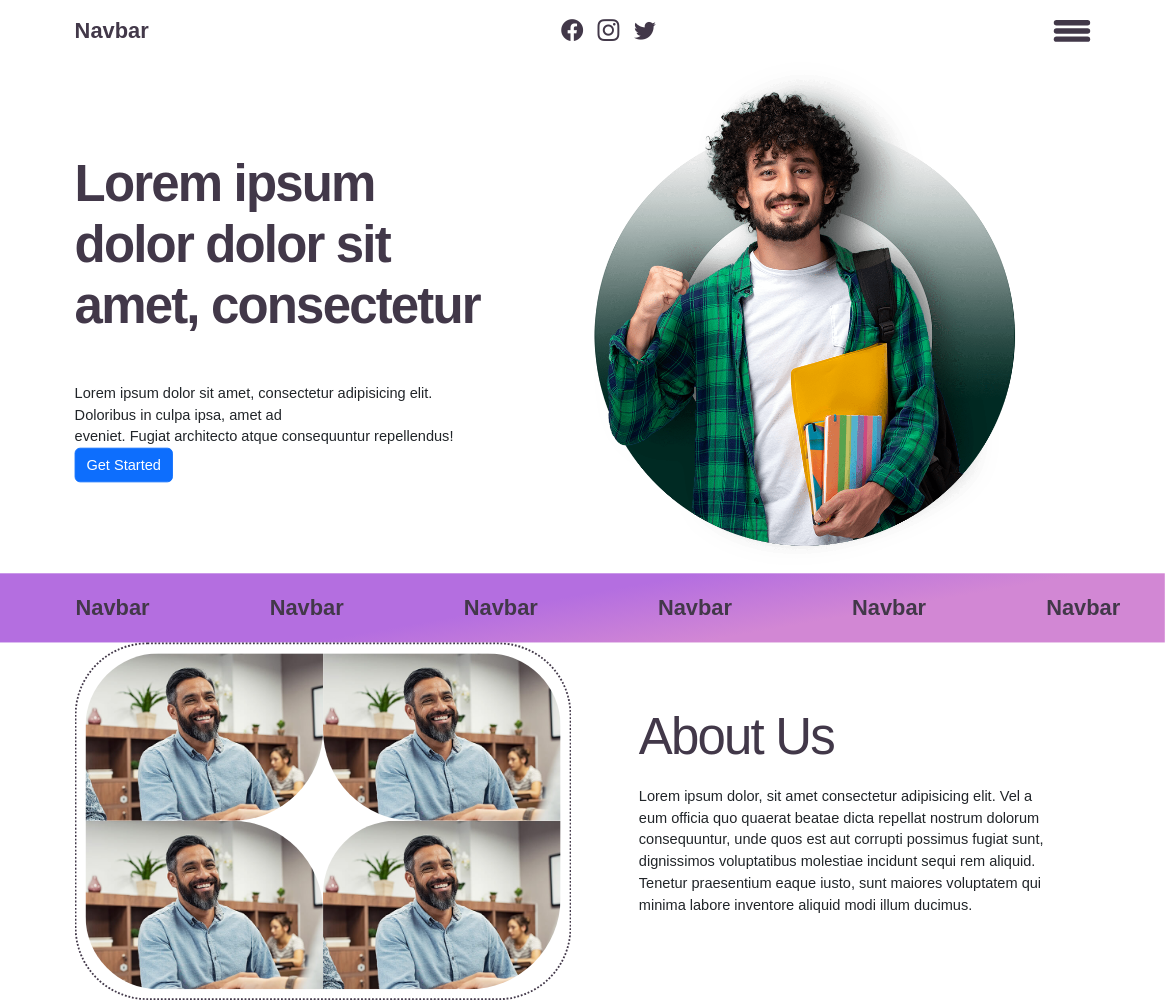
Repository: tagnam/project27012025
Page: index.html
An editor plug-in stored every save of this project. The page is shown before and after a run of saves, followed by the edit.
The browser window is 1280 px wide. The pictures show the whole page, at 91% of full size.

Above is the page before, as saved 2025-01-27 16:44:03.

### index.html
<!DOCTYPE html>
<html lang="en">
<head>
    <meta charset="UTF-8">
    <meta name="viewport" content="width=device-width, initial-scale=1.0">
    <link href="https://cdn.jsdelivr.net/npm/bootstrap@5.3.3/dist/css/bootstrap.min.css" rel="stylesheet" integrity="sha384-QWTKZyjpPEjISv5WaRU9OFeRpok6YctnYmDr5pNlyT2bRjXh0JMhjY6hW+ALEwIH" crossorigin="anonymous">
    <link rel="stylesheet" href="style/css/index.css">
    <link rel="stylesheet" href="style/css/animation.css">
    <link rel="stylesheet" href="style/css/responsive.css">
    <title>project27012025</title>
</head>
<body>
<header>
    <!-- --------------------------------------------start nav bar ------------------------------->
    <nav class="navbar navbar-expand-lg custom-nav">
        <div class="container">
          <div class="collapse navbar-collapse justify-content-between" id="navbarSupportedContent">
            <a class="navbar-brand" href="#">Navbar</a>
            <ul class="navbar-nav  ">

              <li class="nav-item">
                <a class="nav-link" href="#"><i class="bi bi-facebook"></i></a>
              </li>
              <li class="nav-item">
                <a class="nav-link" href="#"><i class="bi bi-instagram"></i></a>
              </li>
              <li class="nav-item">
                <a class="nav-link" href="#"><i class="bi bi-twitter"></i></a>
              </li>
            </ul>
            <div class="d-flex">
               <div class="menu-container" type="button" data-bs-toggle="offcanvas" data-bs-target="#offcanvasExample" aria-controls="offcanvasExample">
                <span class="span-menu-01 menu-icon"></span>
                <span class="span-menu-02 menu-icon"></span>
                <span class="span-menu-03 menu-icon"></span>
            </div>
            </div>
          </div>
        </div>
      </nav>

      <!-- ------------------------------start offcanvas ---------------------------------------->
      <div class="offcanvas offcanvas-start " tabindex="-1" id="offcanvasExample" aria-labelledby="offcanvasExampleLabel">
        <div class="offcanvas-header">
          <h5 class="offcanvas-title" id="offcanvasExampleLabel">Offcanvas</h5>
          <button type="button" class="btn-close text-reset" data-bs-dismiss="offcanvas" aria-label="Close"></button>
        </div>
        <div class="offcanvas-body">
          <div>
            Some text as placeholder. In real life you can have the elements you have chosen. Like, text, images, lists, etc.
          </div>
          <div class="dropdown mt-3">
            <button class="btn btn-secondary dropdown-toggle" type="button" id="dropdownMenuButton" data-bs-toggle="dropdown">
              Dropdown button
            </button>
            <ul class="dropdown-menu" aria-labelledby="dropdownMenuButton">
              <li><a class="dropdown-item" href="#">Action</a></li>
              <li><a class="dropdown-item" href="#">Another action</a></li>
              <li><a class="dropdown-item" href="#">Something else here</a></li>
            </ul>
          </div>
        </div>
      </div>
       <!-- -----------------------------end offcanvas ------------------------------------------->
      <!------------------------------------------------ end navbar ----------------------------->


</header>
<section class="hero-section">
    <div  class="container" style="height: 100%;">
        <div class="row" >
            <div class="col-lg-6 col-md-6 col-sm-12">
                <div class="banner-content ">
                    <h1>Lorem ipsum dolor  dolor sit amet, consectetur </h1>
                    <p>Lorem ipsum dolor sit amet, consectetur adipisicing elit. Doloribus in culpa ipsa, amet ad<br> eveniet. Fugiat architecto atque consequuntur repellendus!</p>
                    <button class="btn btn-primary">Get Started</button>
                </div>
            </div>
            <div class="col-lg-6 col-md-6 col-sm-12">
                <div class="banner-img d-flex justify-content-end">
                    <img src="image/hero-banner-01.webp" class="w-100" alt="">

            </div>

        </div>
    </div>
    <!-- <div class="row">
        <div class="col-lg-6 col-md-6 col-sm-12 d-flex justify-content-start">
            <div class="banner-btn">
                <a class="btn custom-btn btn-outline-success"> Get Started </a>
            </div>
        </div>
        <div class="col-lg-6 col-md-6 col-sm-12 d-flex justify-content-end">
             <div class="banner-footer-text">
                <p>Lorem ipsum dolor sit amet <br>consectetur adipisicing elit. Numquam, vel.</p>
             </div>

    </div>
 </div> -->
  </section>


<section class="client-section">
    <div class="container-fluid">
       <div class="row  row-cols-3 row-cols-md-6 g-4">
        <div class="col client-logo">
            <a class="navbar-brand w-25" href="#">Navbar</a>
        </div>
        <div class="col client-logo">
            <a class="navbar-brand w-25" href="#">Navbar</a>
        </div>
        <div class="col client-logo">
            <a class="navbar-brand w-25" href="#">Navbar</a>
        </div>
        <div class="col client-logo">
            <a class="navbar-brand w-25" href="#">Navbar</a>
        </div>
        <div class="col client-logo">
            <a class="navbar-brand w-25" href="#">Navbar</a>
        </div>
        <div class="col client-logo">
            <a class="navbar-brand w-25" href="#">Navbar</a>
        </div>

    </div>
    </div>
</section>

<section>
    <div class="container">
        <div class="row">
            <div class="col-lg-6 col-md-6 col-sm-12">
                <div class="about-row row  row-cols-1 row-cols-md-2 g-0">
                    <div class="col">
                        <div class="img">
                            <img src="image/elearning-08.jpg" class="about-row-img-01 w-100" alt="">
                        </div>
                    </div>
                    <div class="col">
                        <div class="img">
                            <img src="image/elearning-08.jpg" class="about-row-img-02 w-100" alt="">
                        </div>
                    </div>
                    <div class="col">
                        <div class="img">
                            <img src="image/elearning-08.jpg" class="about-row-img-03 w-100" alt="">
                        </div>
                    </div>
                    <div class="col">
                        <div class="img">
                            <img src="image/elearning-08.jpg" class="about-row-img-04 w-100" alt="">
                        </div>
                    </div>
                </div>
            </div>
            <div class="col-lg-6 col-md-6 col-sm-12">
                <div class="about-content">
                    <div class="main-heading">
                        <h2>About Us </h2>
                        <p>Lorem ipsum dolor, sit amet consectetur adipisicing elit. Vel a eum officia quo quaerat beatae dicta repellat nostrum dolorum consequuntur, unde quos est aut corrupti possimus fugiat sunt, dignissimos voluptatibus molestiae incidunt sequi rem aliquid. Tenetur praesentium eaque iusto, sunt maiores voluptatem qui minima labore inventore aliquid modi illum ducimus.</p>
                    </div>

                </div>
            </div>

        </div>
    </div>
</section>
<script src="https://cdn.jsdelivr.net/npm/bootstrap@5.3.3/dist/js/bootstrap.bundle.min.js" integrity="sha384-YvpcrYf0tY3lHB60NNkmXc5s9fDVZLESaAA55NDzOxhy9GkcIdslK1eN7N6jIeHz" crossorigin="anonymous"></script>
<script src="style/js/custom.js"></script>
</body>
</html>

### style/css/index.css
@import url("https://cdn.jsdelivr.net/npm/bootstrap-icons@1.11.3/font/bootstrap-icons.min.css");

*{
 margin: 0;
padding: 0;
box-sizing: border-box;
}

:root{
    --dark-color:#423849;
    --semi-dark-color:#b46ee0;
    --light-color:#d287d4;
    --white-color:#fff;
    --main-heading-font-size: 3.5rem;
    --subheading-font-size: 2rem;
    --paragraph-font-size: 1rem;


}

p{
    margin: 0;
    font
}

body{
    font-family: 'Poppins', sans-serif;


}

/* header{
    position: fixed;
    top: 0;
    z-index: 1000;
width: 100%;
} */

.navbar-brand{
    font-size: 1.5rem;
    font-weight: 800;
    color: var(--dark-color);
}

.menu-icon{
    display: block;
    width: 40px;
    height: 6px;
    background-color: var(--dark-color);
    margin: 3px auto;
    border-radius: 20px;
    cursor: pointer;
}


.nav-link .bi{
    font-size: 1.5rem;
    color: var(--dark-color);
}

.banner-content{
    margin: 100px auto;
    padding-right: 100px;
}

.banner-content h1{
    color: var(--dark-color);
    font-weight: 800;
    /* font-size: 55px; */
    font-size: var(--main-heading-font-size);
    letter-spacing: -2px;
    margin: 50px 0px;
}
/* .hero-section{
   background-image: url(/image/business-banner.jpg);
    background-size: cover;
    background-position: center;
    height: 100vh;
} */

.banner-footer-text p{
    color: var(--dark-color);

}


.client-section{
    background: linear-gradient(-190deg, rgba(180,110,224,1) 45%, rgba(210,135,212,1) 70%);
    padding: 20px 0px;
    overflow: hidden;
}

.client-logo{
    display: flex;
    justify-content: center;
    align-items: center;
    flex-wrap: wrap;
    color: var(--white-color);
}
.about-row {
    border: 2px dotted var(--dark-color);
    padding: 10px;
    border-radius: 80px;
}

.about-row-img-01{
    border-top-left-radius: 80px;
    border-bottom-right-radius: 100px;
}


.about-row-img-02{
    border-top-right-radius: 80px;
    border-bottom-left-radius: 100px;
}

.about-row-img-03{
    border-bottom-left-radius: 80px;
    border-top-right-radius: 100px;
}

.about-row-img-04{
    border-top-left-radius: 80px;
    border-bottom-right-radius: 100px;
}


.about-content{
    padding: 50px;
}

.main-heading h2{
    color: var(--dark-color);
    font-weight: 800;
    /* font-size: 55px; */
    font-size: var(--main-heading-font-size);
    letter-spacing: -2px;
    margin: 20px 0px;
}

.main-heading h2{
    color: var(--dark-color);
    font-weight: 500;

}

Loaded but not shown: style/js/custom.js (no copy from this time; the picture is the same without it); style/css/animation.css (no stored copy; drawn as an empty file); style/css/responsive.css (no stored copy; drawn as an empty file)

After the next 5 saves:
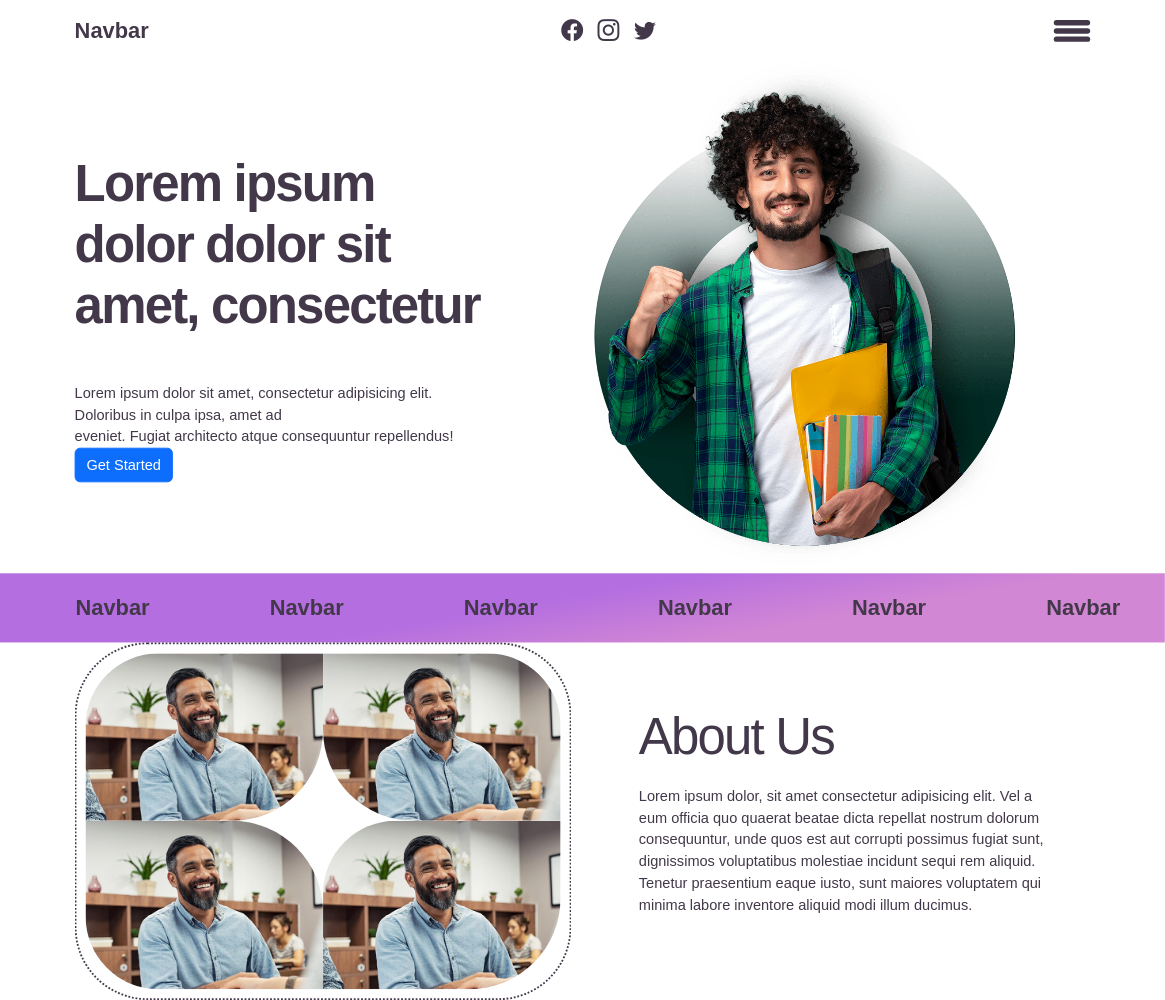
The 5 saves are shown as one change because they came seconds apart.
The last was saved 13 s later.
--- a/style/css/index.css
+++ b/style/css/index.css
@@ -20,7 +20,9 @@ box-sizing: border-box;
 
 p{
     margin: 0;
-    font
+    font-size: var(--paragraph-font-size);
+    color: var(--dark-color);
+
 }
 
 body{
